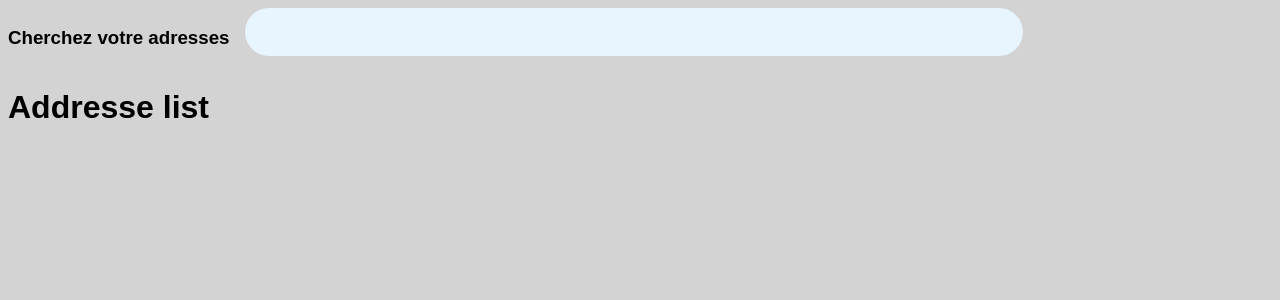
Repository: DnPako/test-forked
Page: /
The author's editor kept a copy of each file at every save. The page is drawn from the files as they stood at one save, then again after the next save.
The browser window is 1280 px wide. The pictures show the whole page.
The page's requests for data from a server got no answer. The project was rebuilt for these pictures with package versions that can differ from the ones it lists, and the page was loaded fresh each time. No one was signed in, and anything a server would have sent is missing.

Above is the page before, as saved 2022-02-14 13:03:22.

After the next save:
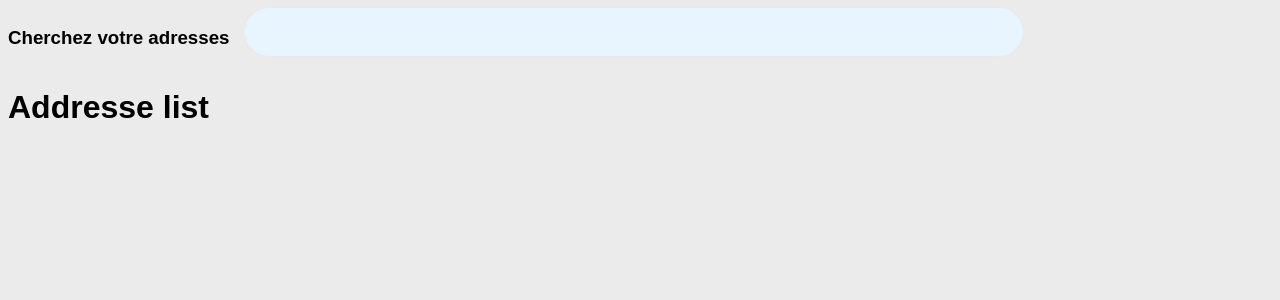
Saved 10 s later.
--- a/src/styles.css
+++ b/src/styles.css
@@ -1,5 +1,5 @@
 body {
-  background-color: rgb(211, 211, 211);
+  background-color: rgb(235, 235, 235);
 }
 .App {
   font-family: sans-serif;
